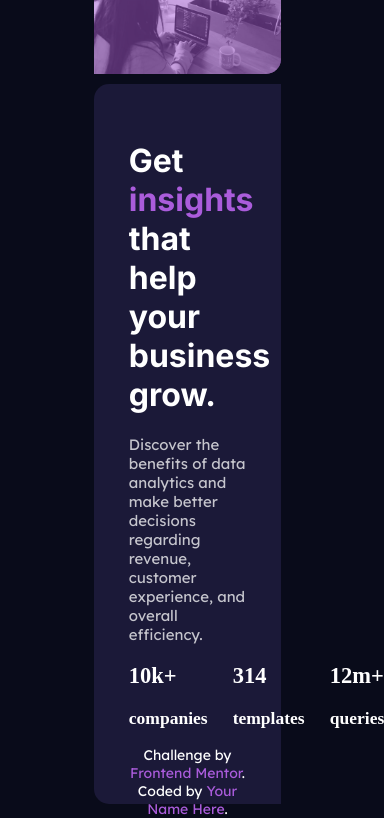
Repository: wasanmsn/Card_Challange
Page: index.html
An editor plug-in stored every save of this project. The page is shown before and after the next save, followed by the edit.
The browser window is 375 px wide. The page is 384 px wide, so the pictures cover 384 px, including what lies to the right of the window. The pictures show the whole page.

Above is the page before, as saved 2021-07-21 17:17:15.

After the next save:
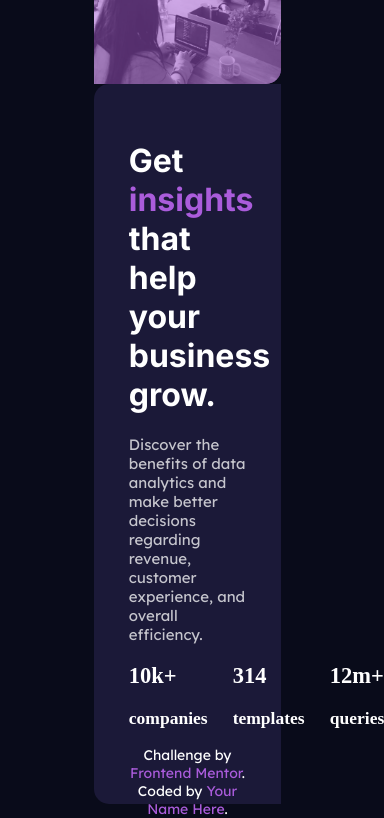
Saved 9 s later.
--- a/stylesheet.css
+++ b/stylesheet.css
@@ -115,7 +115,7 @@ span {
         flex-direction: column;
         justify-content: space-between;
         height: 100%;
-        margin-top: 10px;
+
         border-radius: 15px 0 0 15px;
         background-color: hsl(244, 38%, 16%);
 
@@ -129,6 +129,7 @@ span {
         box-sizing: border-box;
         /* Opera/IE 8+ */
         width: 50%;
+        margin-top: 10px;
         border-radius: 0 15px 15px 0;
         background-color: hsl(277, 64%, 61%);
     }
